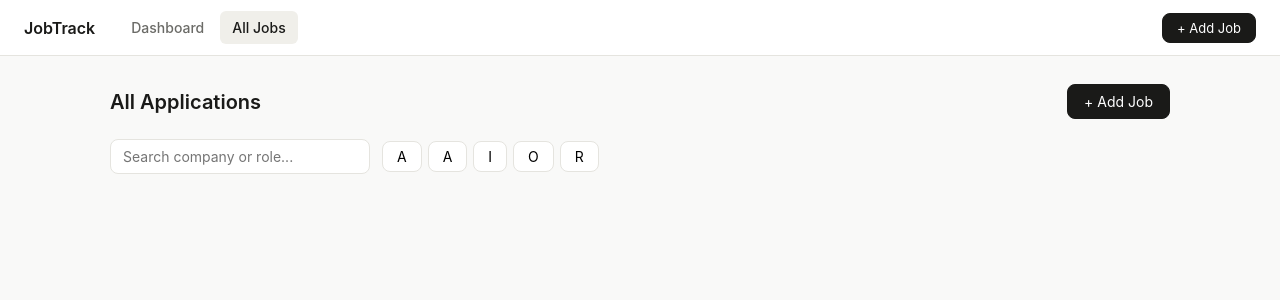
Repository: adtm0/jobtracker
Page: /jobs (app in frontend/)
An editor plug-in stored every save of this project. The page is shown before and after a run of saves, followed by the edit.
The browser window is 1280 px wide. The pictures show the whole page.
The project was rebuilt for these pictures with package versions that can differ from the ones it lists, and the page was loaded fresh each time. Also part of the build but not shown: frontend/vite.config.js, frontend/src/pages/Login.jsx, frontend/src/pages/Register.jsx, frontend/src/pages/Dashboard.jsx, frontend/src/pages/JobForm.jsx.

Above is the page before, as saved 2026-04-19 20:14:02.

After the next 2 saves:
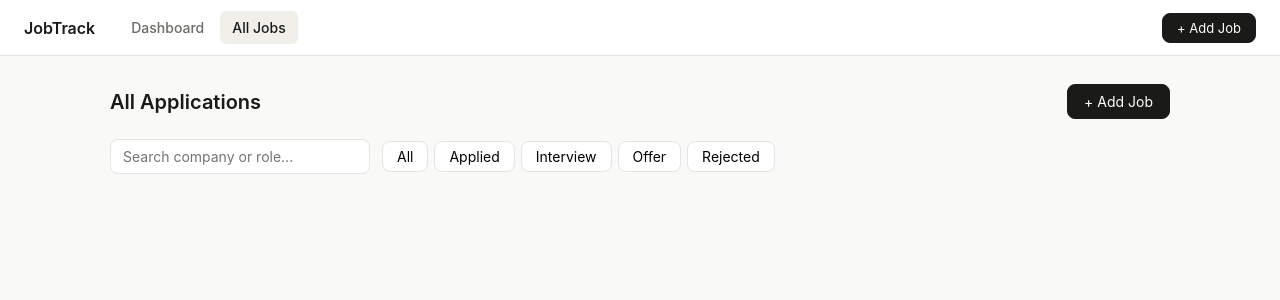
The 2 saves are shown as one change because they came seconds apart.
The last was saved 7 s later.
--- a/frontend/src/pages/Jobs.jsx
+++ b/frontend/src/pages/Jobs.jsx
@@ -53,7 +53,7 @@
                 padding: '6px 14px'
               }}
             >
-              {s.charAt(0).toUpperCase()}
+              {s.charAt(0).toUpperCase() + s.slice(1)}
             </button>
           ))}
         </div>
